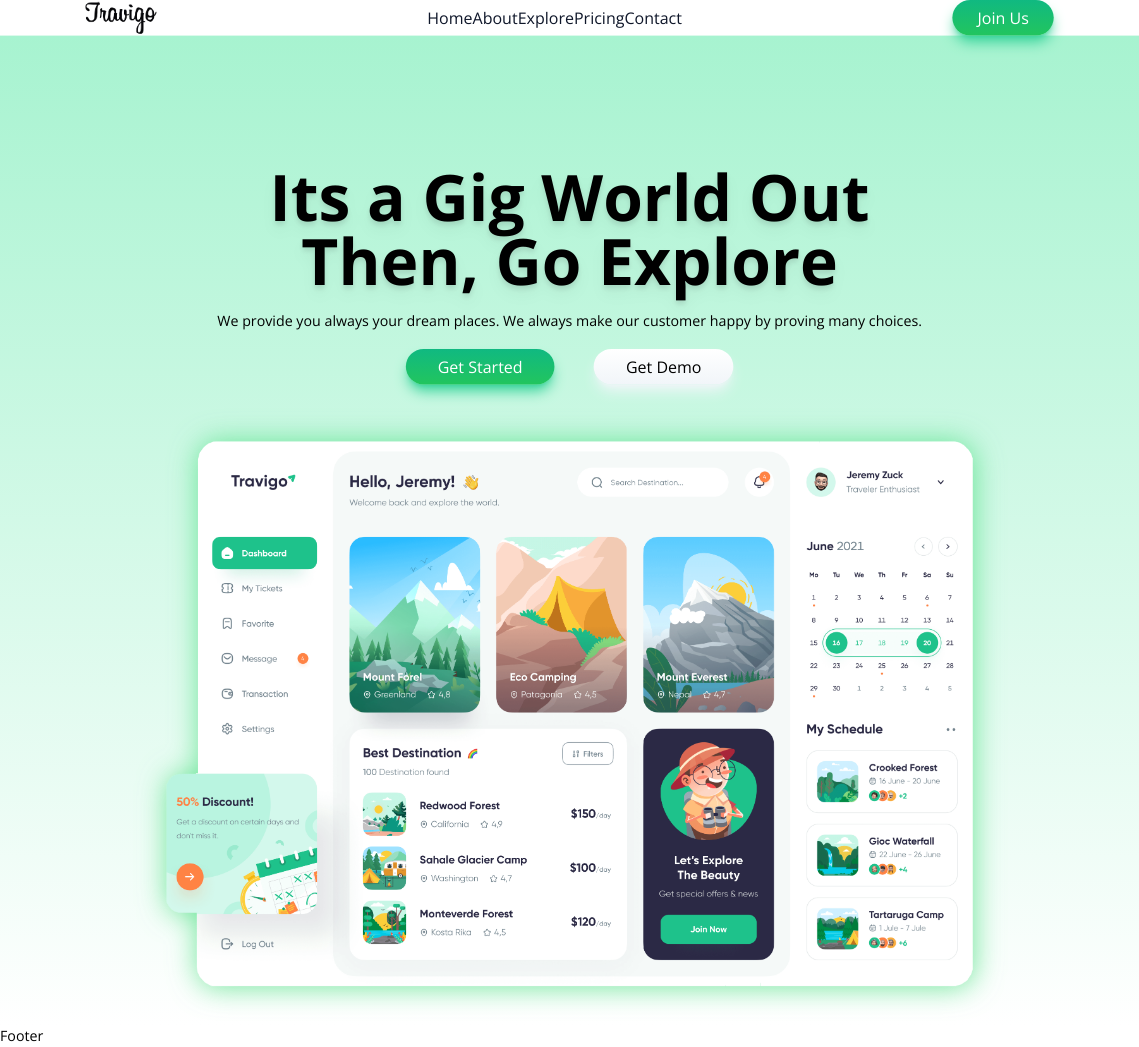
Repository: ThiAlbani83/travigo-travel-app
Page: /
The author's editor kept a copy of each file at every save. The page is drawn from the files as they stood at one save, then again after the next save.
The browser window is 1280 px wide. The pictures show the whole page, at 89% of full size.
The project was rebuilt for these pictures with package versions that can differ from the ones it lists, and the page was loaded fresh each time. Also part of the build but not shown: vite.config.js.

Above is the page before, as saved 2023-03-20 23:44:33.

After the next save:
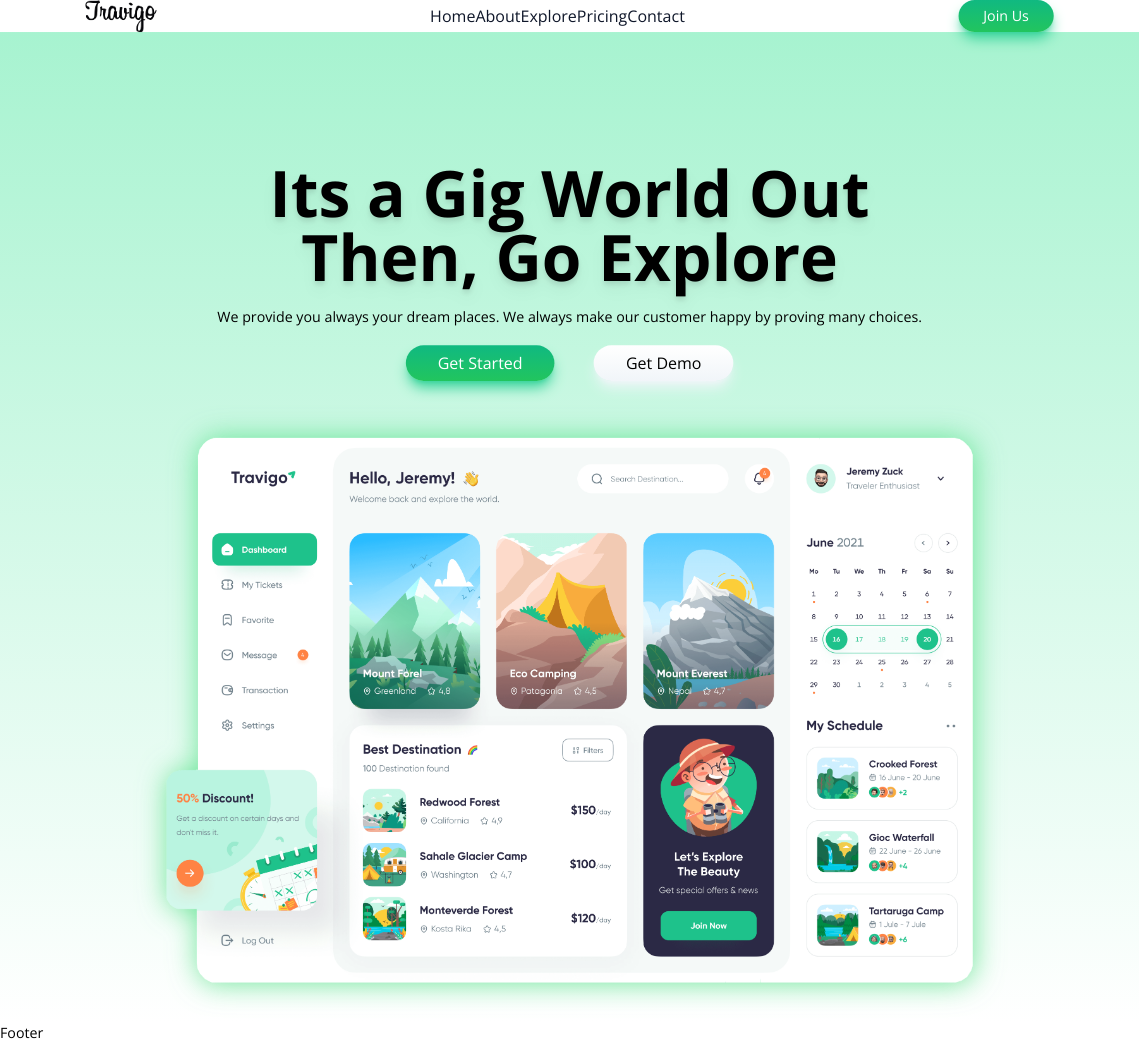
Saved 4 s later.
--- a/src/components/Navbar.jsx
+++ b/src/components/Navbar.jsx
@@ -18,7 +18,7 @@
            ))}
           </ul>
           <ul className='flex items-center lg:hidden'>
-            <li><button type='button' className='button-emerald px-7'>Join Us</button></li>
+            <li><button type='button' className='button-emerald px-7 text-base'>Join Us</button></li>
           </ul>
         </nav>
       </header>
